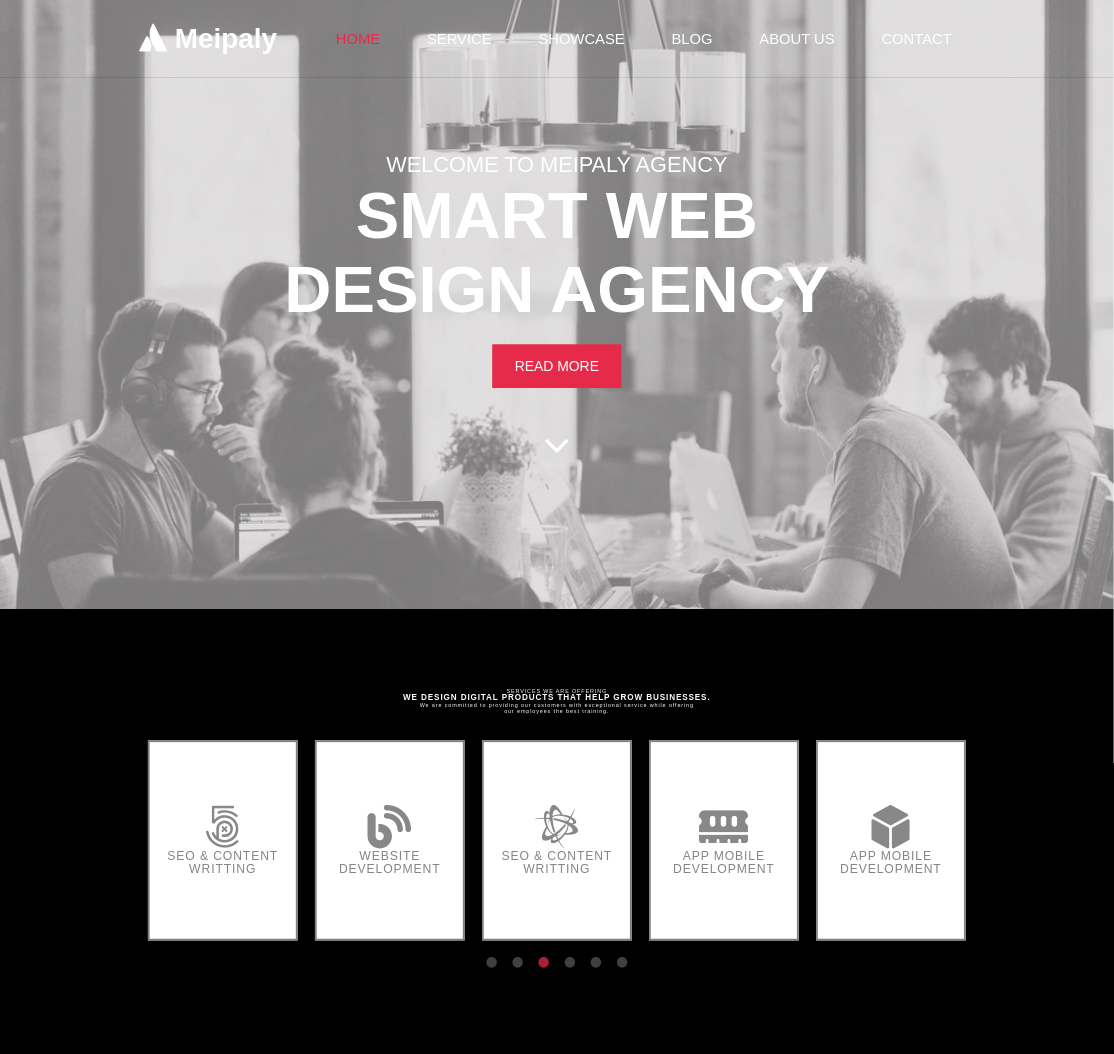
Repository: tudo1611/BC44_HTML5-CSS3_B6_MAIPALY_DO-TRUNG-TU
Page: index.html
The author's editor kept a copy of each file at every save. The page is drawn from the files as they stood at one save, then again after the next save.
The browser window is 1280 px wide. The pictures show the whole page, at 87% of full size.
Some web fonts or font styles are not loaded; a fallback is used.

Above is the page before, as saved 2023-01-26 21:53:10.

### index.html
<!DOCTYPE html>
<html lang="en">
  <head>
    <meta charset="UTF-8" />
    <meta http-equiv="X-UA-Compatible" content="IE=edge" />
    <meta name="viewport" content="width=device-width, initial-scale=1.0" />
    <title>Document</title>
    <link
      rel="stylesheet"
      href="https://cdnjs.cloudflare.com/ajax/libs/font-awesome/6.2.1/css/all.min.css"
    />
    <!-- slick  -->
    <link rel="stylesheet" href="./css/slick.css" />
    <link rel="stylesheet" href="./css/slick-theme.css" />
    <!-- main css  -->
    <link rel="stylesheet" href="./css/style.css" />
  </head>
  <body>
    <header>
      <div class="header__content">
        <div class="header__logo">
          <i class="fab fa-atlassian"></i>
          <span>Meipaly</span>
        </div>
        <nav>
          <ul>
            <li class="active"><a href="#">Home</a></li>
            <li><a href="#">Service</a></li>
            <li><a href="#">Showcase</a></li>
            <li><a href="#">Blog</a></li>
            <li><a href="#">About us</a></li>
            <li><a href="#">Contact</a></li>
          </ul>
        </nav>
      </div>
    </header>
    <section class="banner"></section>
    <section class="carousel">
      <div class="carousel__content">
        <p>WELCOME TO MEIPALY AGENCY</p>
        <h1>
          SMART WEB <br />
          DESIGN AGENCY
        </h1>
        <button>READ MORE</button>
        <div class="carousel__scroll">
          <i class="fa fa-chevron-down"></i>
        </div>
      </div>
    </section>
    <section class="service">
      <div class="service__content">
        <div class="title">
          <p>SERVICES WE ARE OFFERING</p>
          <h2>WE DESIGN DIGITAL PRODUCTS THAT HELP GROW BUSINESSES.</h2>
          <p>
            We are committed to providing our customers with exceptional service
            while offering <br />
            our employees the best training.
          </p>
        </div>
        <div class="service__slider">
          <div class="slick-content">
            <div class="item">
              <i class="fa fa-dice-d6"></i>
              <p>
                APP MOBILE <br />
                DEVELOPMENT
              </p>
            </div>
            <div class="item">
              <i class="fab fa-autoprefixer"></i>
              <p>
                DIGITAL <br />
                MARKETING
              </p>
            </div>
            <div class="item">
              <i class="fab fa-500px"></i>
              <p>
                SEO &#38; CONTENT <br />
                WRITTING
              </p>
            </div>
            <div class="item">
              <i class="fa fa-blog"></i>
              <p>
                WEBSITE <br />
                DEVELOPMENT
              </p>
            </div>
            <div class="item">
              <i class="fab fa-battle-net"></i>
              <p>
                SEO &#38; CONTENT <br />
                WRITTING
              </p>
            </div>
            <div class="item">
              <i class="fa fa-memory"></i>
              <p>
                APP MOBILE <br />
                DEVELOPMENT
              </p>
            </div>
          </div>
        </div>
      </div>
    </section>
    <section class="blogs"></section>
    <section class="number"></section>
    <section class="experience"></section>
    <section class="contact"></section>
    <script
      src="https://code.jquery.com/jquery-3.6.3.slim.js"
      integrity="sha256-DKU1CmJ8kBuEwumaLuh9Tl/6ZB6jzGOBV/5YpNE2BWc="
      crossorigin="anonymous"
    ></script>
    <script src="./js/slick.min.js"></script>

    <script>
      $(document).ready(function () {
        $(".slick-content").slick({
          dots: true,
          infinite: true,
          autoplay: true,
          autoplaySpeed: 2000,
          slidesToShow: 5,
          slidesToScroll: 1,
        });
      });
    </script>
  </body>
</html>

### css/style.css
* {
  margin: 0;
  padding: 0;
  box-sizing: border-box;
}
html,
body {
  font-family: "Oswald", sans-serif;
  font-size: 62.5%;
  color: #fff;
}
/* header  */
header {
  background-color: transparent;
  border-bottom: 1px solid rgba(0, 0, 0, 0.2);
  position: absolute;
  z-index: 10;
  width: 100%;
}
.header__content {
  width: 75%;
  margin: 0 auto;
  display: flex;
  justify-content: space-between;
  align-items: center;
  padding: 2.6rem 0;
}
.header__content ul {
  list-style: none;
}
.header__logo {
  font-size: 3.2rem;
  font-weight: 700;
  /* color: #fff; */
}
.header__content li {
  display: inline-block;
  padding: 0 2.6rem;
}
.header__content li.active a {
  color: #e62b4a;
}
.header__content li a {
  font-size: 1.7rem;
  color: #fff;
  text-transform: uppercase;
  text-decoration: none;
}
/* carousel  */
.carousel {
  background-image: url(../img/home_slider.jpg);
  background-size: cover;
  background-position: center;
  height: 70rem;
  display: flex;
  justify-content: center;
  align-items: center;
}
.carousel__content {
  text-align: center;
}
.carousel__content p {
  font-size: 2.5rem;
}
.carousel__content h1 {
  font-size: 7.5rem;
}
.carousel__content button {
  font-size: 1.6rem;
  margin-top: 2rem;
  padding: 1.5rem 2.5rem;
  background-color: #e62b4a;
  color: white;
  border: 1px solid #e62b4a;
  cursor: pointer;
  transition: all 0.5s;
}
.carousel__content button:hover {
  background-color: #af2239;
}
.carousel__scroll i {
  margin-top: 5rem;
  font-size: 3rem;
  animation: arrowDown 1s linear 0s infinite;
}

/* service  */
.service {
  text-align: center;
  padding: 9rem 0;
  background-color: #000;
}
.service__content {
  width: 75%;
  margin: 0 auto;
  letter-spacing: 1px;
}
.title {
  text-align: center;
}
.service__title p:first-of-type {
  font-size: 1.4rem;
  color: #e62b4a;
  font-weight: 300;
}
.service__title h2 {
  font-size: 5rem;
  color: #fff;
  font-weight: 400;
}
.service__title p:last-of-type {
  font-size: 1.6rem;
  color: #888888;
  font-weight: 700;
  margin-top: 2rem;
}
.service__slider {
  margin-top: 2rem;
}

.service__slider .item {
  width: 21.4rem;
  height: 23rem;
  border: 2px solid #81807d;
  background-color: #fff;
  color: #848482;
  text-align: center;
  margin: 1rem;
  display: flex;
  flex-direction: column;
  justify-content: center;
  align-items: center;
  position: relative;
}
.service__slider .item i{
  font-size: 5rem;
  color: #888888;
}
.service__slider .item p{
  font-size: 1.4rem;
}
.service__slider .item::after{
  content: "";
  height: 0;
  width: 5px;
  background-color: #e62b4a;
  display: block;
  position: absolute;
  top: 0;
  right: 0;
  transition: all .2s linear;
}
.service__slider .item:hover::after{
  height: 100%;
}
.slick-content .slick-dots li button:before{
  color: #fff;
  font-size: 5rem;
}
.slick-content .slick-dots li.slick-active button:before{
  color: #e62b4a;
}
.slick-prev:before, .slick-next:before{
  visibility: hidden;
}




@keyframes arrowDown {
  form {
    opacity: 1;
    transform: translateY(0);
  }
  to {
    opacity: 0;
    transform: translateY(4rem);
  }
}

Loaded but not shown: css/slick.css (common file); css/slick-theme.css (library); js/slick.min.js (library)

After the next save:
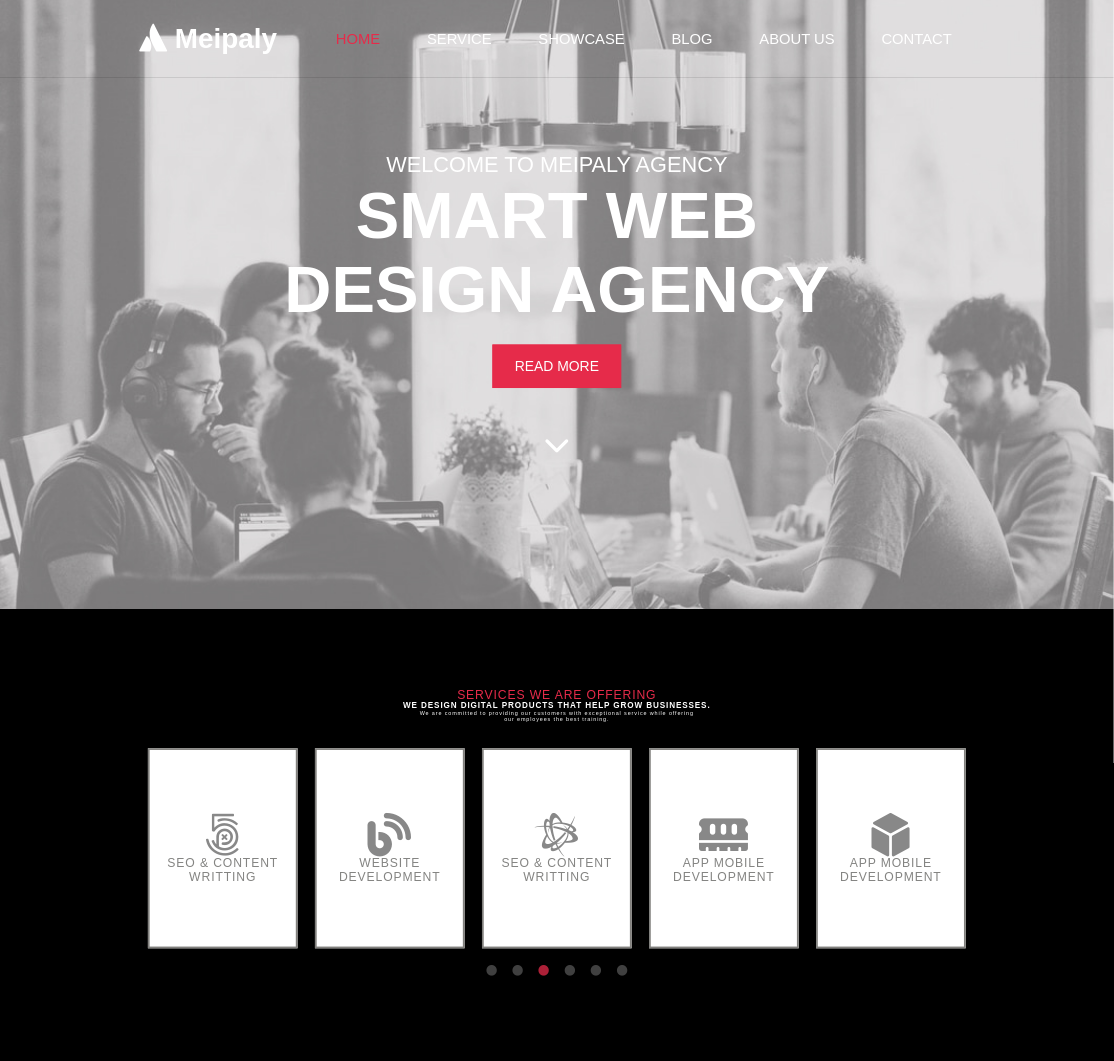
Saved 11 s later.
--- a/css/style.css
+++ b/css/style.css
@@ -98,7 +98,7 @@ header {
 .title {
   text-align: center;
 }
-.service__title p:first-of-type {
+.title p:first-of-type {
   font-size: 1.4rem;
   color: #e62b4a;
   font-weight: 300;
